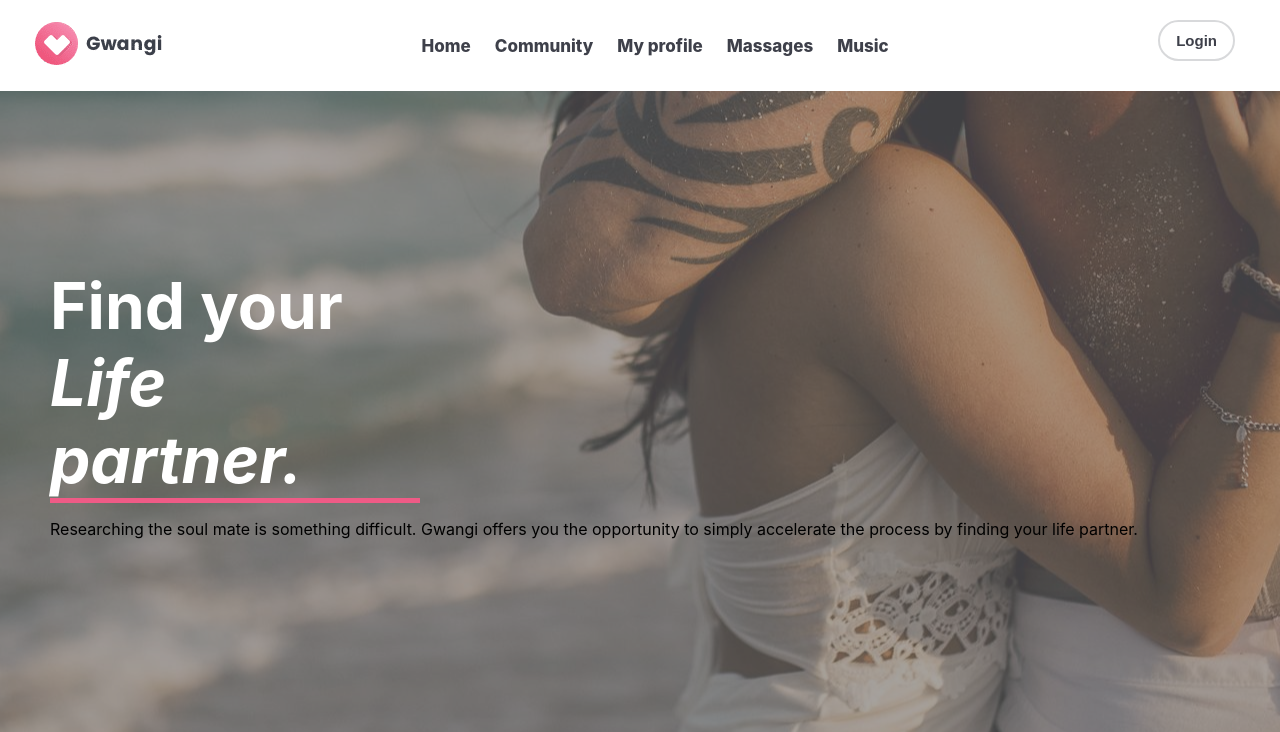
Repository: ShokunLiubov/Soc-Network-React
Page: /login
An editor plug-in stored every save of this project. The page is shown before and after the next save, followed by the edit.
The browser window is 1280 px wide. The pictures show the whole page.
The project was rebuilt for these pictures with package versions that can differ from the ones it lists, and the page was loaded fresh each time. Also part of the build but not shown: src/components/common/Paginator/Paginator.module.css, src/components/common/Paginator/Paginator.jsx, src/components/Community/Community.module.css, src/components/Community/Friend/Friend.jsx, src/components/Community/Community.jsx, src/components/common/Preloader/Preloader.jsx, src/components/Community/CommunityContainer.jsx, src/components/Dialogs/Dialogs.module.css and 14 more.

Above is the page before, as saved 2022-08-24 17:42:35.

### src/index.js
import reportWebVitals from './reportWebVitals';
import store from './redux/redux-store';
import React from 'react';
import ReactDOM from 'react-dom/client';
import './index.css';
import App from './App';
import { BrowserRouter } from 'react-router-dom';
import { Provider } from 'react-redux'

const root = ReactDOM.createRoot(document.getElementById('root'));

  root.render(

      <BrowserRouter>
        <Provider store={store}>
          <App />
        </Provider>
      </BrowserRouter>


  );


// If you want to start measuring performance in your app, pass a function
// to log results (for example: reportWebVitals(console.log))
// or send to an analytics endpoint. Learn more: https://bit.ly/CRA-vitals
reportWebVitals();

### src/redux/redux-store.js
import {combineReducers, legacy_createStore as createStore} from "redux"
import dialogsReducer from "./dialogs-reducer"
import profileReducer from "./profile-reducer"
import communityReducer from "./community-reducer"
import authReducer from "./auth-reducer"

let reducers = combineReducers({
    profilePage : profileReducer,
    dialogsPage : dialogsReducer,
    communityPage : communityReducer,
    auth: authReducer
})

let store = createStore(reducers)

export default store;

### src/App.js
import React from 'react';
import { Routes, Route } from "react-router-dom";
import './App.css';
import Registration from './components/Auth/Registration/Registration';
import CommunityContainer from './components/Community/CommunityContainer';
import DialogsContainer from './components/Dialogs/DialogsContainer';
import Home from './components/Home/Home';
import Music from './components/Music/Music';
import Navbar from './components/Navbar/Navbar';
import ProfileContainer from './components/Profile/ProfileContainer';

function App(props) {
  return (

    <div className='app-wrapper'>
      <Navbar />
      <Routes>
        <Route path='/home/*' element={<Home />} />

        <Route path='/community/*' element={<CommunityContainer />} />

        <Route path='/profile/:id' element={<ProfileContainer />} />
        <Route path='/profile/*' element={<ProfileContainer />} />

        <Route path='/dialogs/*' element={<DialogsContainer />} />

        <Route path='/music/*' element={<Music />} />

        <Route path='/login/*' element={<Registration />} />

      </Routes>

    </div>

  );
}

export default App;

### src/redux/dialogs-reducer.js
const SAND_MASSAGE = 'SAND-MASSAGE'
const UPDATE_NEW_MASSAGE_TEXT = 'UPDATE-NEW-MASSAGE-TEXT'

let initialState = {
    dialogsData: [
        { id: 1, name: 'Vika', ava: './../images/ava-w1.jpeg' },
        { id: 2, name: 'Eugen', ava: './../images/ava-m2.png' },
        { id: 3, name: 'Liubov', ava: './../images/ava-w3.jpeg' },
        { id: 4, name: 'Max', ava: './../images/ava-m1.jpeg' },
        { id: 5, name: 'Nika', ava: './../images/ava-w2.webp' }
    ],
    massagesData: [
        { id: 1, massage: 'Hi' },
        { id: 2, massage: 'How are you?' },
        { id: 3, massage: 'I am okey!' }
    ],
    newMassageText: ''
}

const dialogsReducer = (state = initialState, action) => {

    switch (action.type) {
        case SAND_MASSAGE:
            let text = state.newMassageText
            return {
                ...state,
                newMassageText: '',
                massagesData: [...state.massagesData, {id: Date.now(),massage: text}]
            }

        case UPDATE_NEW_MASSAGE_TEXT:
            return {
                ...state,
                newMassageText: action.newText
            }

        default:
            return state
    }

}

export const sandMassage = () => ({ type: SAND_MASSAGE })

export const onMassageChange = (text) =>
    ({ type: UPDATE_NEW_MASSAGE_TEXT, newText: text })

export default dialogsReducer;

### src/redux/profile-reducer.js
const ADD_POST = 'ADD-POST'
const UPDATE_NEW_POST_TEXT = 'UPDATE-NEW-POST-TEXT'
const SET_USER_PROFILE = 'SET-USER-PROFILE'

let initialState = {
    userProfile: {},
    postsData: [
        { id: 1, massage: 'Hi, how are you?', countLikes: '12', time: '29 minutes ago' },
        { id: 2, massage: 'It is my first post', countLikes: '99+', time: 'yesterday' },
        { id: 3, massage: 'My name Liubov, I am wife Eugen', countLikes: '32', time: 'week ago' }
    ],
    newPostText: ''
}

const profileReducer = (state = initialState, action) => {
    switch (action.type) {
        case ADD_POST:
            let newPost = {
                id: Date.now(),
                massage: state.newPostText,
                countLikes: '0',
                time: new Date().toLocaleTimeString()
            }
            return {
                ...state,
                newPostText: '',
                postsData: [newPost, ...state.postsData]
            }

        case UPDATE_NEW_POST_TEXT:
            return {
                ...state,
                newPostText: action.newText
            }
        case SET_USER_PROFILE:
            return {
                ...state,
                userProfile: action.profile

            }
        default:
            return state
    }


}

export const addPost = () => ({ type: ADD_POST })

export const updateNewPostText = (text) =>
    ({ type: UPDATE_NEW_POST_TEXT, newText: text })

export const setUserProfile = (profile) =>
    ({ type: SET_USER_PROFILE, profile})


export default profileReducer;

### src/redux/community-reducer.js
const FOLLOW = 'FOLLOW'
const UN_FOLLOW = 'UN-FOLLOW'
const SET_USERS = 'SET-USERS'
const SET_PAGE = 'SET-PAGE'
const SET_USERS_TOTAL_COUNT = 'SET-USERS-TOTAL-COUNT'
const TOGGLE_IS_FETCHING = 'TOGGLE-IS-FETCHING'

let initialState = {
    userData: [ ],
    pageSize: 10,
    totalUsersCount: 0,
    currentPage: 1,
    currentPageSize: 1,
    isFetching: false
}
const communityReducer = (state = initialState, action) => {
    switch (action.type) {
        case FOLLOW:
            return {
                ...state,
                userData: state.userData.map (user => {
                    if(user.id === action.userID) {
                        return {...user, followed: true}
                    }
                    return user
                })
            }
        case UN_FOLLOW:
            return {
                ...state,
                userData: state.userData.map (user => {
                    if(user.id === action.userID) {
                        return {...user, followed: false}
                    }
                    return user
                })
            }
        case SET_USERS:
            return {
                ...state,
                userData: action.users
            }
        case SET_PAGE:
            return {
                ...state,
                currentPage: action.page
                }
        case SET_USERS_TOTAL_COUNT:
            return {
                ...state,
                totalUsersCount: action.UsersTotalCount
            }
        case TOGGLE_IS_FETCHING:
            return {
                ...state,
                isFetching: action.isFetching
            }
        default:
            return state
    }
}

export const follow = (userID) => ({ type: FOLLOW, userID })

export const unFollow = (userID) => ({ type: UN_FOLLOW, userID })

export const setUsers = (users) => ({ type: SET_USERS, users })

export const setPage = (page) => ({ type: SET_PAGE, page })

export const setUsersTotalCount = (UsersTotalCount) => ({ type: SET_USERS_TOTAL_COUNT, UsersTotalCount })

export const toggleFetching = (isFetching) => ({ type: TOGGLE_IS_FETCHING, isFetching })

export default communityReducer;


// Создать кнопки prev next
// if(currentPage > 1) { prev
// } минус 1  при отрисовки подставляться значения, исключение первая страница
// Отображать в пагинации 5 стр и одну последнюю , учесть если будет меньше 5 стр

### src/redux/auth-reducer.js
const SET_USER_DATA = 'SET-USER-DATA'
// const UN_FOLLOW = 'UN-FOLLOW'

let initialState = {
    userId: undefined,
    email: undefined,
    login: undefined,
    isFetching: false
}
const authReducer = (state = initialState, action) => {
    switch (action.type) {
        case SET_USER_DATA:
            return {
                ...state,
                ...action.data
            }
        // case TOGGLE_IS_FETCHING:
        //     return {
        //         ...state,
        //         isFetching: action.isFetching
        //     }
        default:
            return state
    }
}

export const setUserData = (userId, email, login) => ({ type: SET_USER_DATA, data: {userId, email, login} })

// export const toggleFetching = (isFetching) => ({ type: TOGGLE_IS_FETCHING, isFetching })

export default authReducer;

### src/components/Auth/Registration/Registration.jsx
import React from 'react';
import styles from './Registration.module.css'

const Registration = () => {
    return (
        <div className={styles.background}>
            <div className={styles.registration}>
            <div className={styles.title}>Find your<br/>
            <i>Life partner.</i></div>
            <p className={styles.excerption}>Researching the soul mate is something difficult. Gwangi offers you the opportunity to simply accelerate the process by finding your life partner.</p>
            </div>

        </div>
    )
}

export default Registration;

### src/components/Dialogs/DialogsContainer.jsx
import React from 'react';
import { sandMassage, onMassageChange } from '../../redux/dialogs-reducer';
import Dialogs from './Dialogs';
import { connect } from 'react-redux'


let mapStateToProps = (state) => {
    return {
        dialogsData: state.dialogsPage.dialogsData,
        massagesData: state.dialogsPage.massagesData,
        newMassageText: state.dialogsPage.newMassageText
    }
}

const DialogsContainer = connect(mapStateToProps, { sandMassage, onMassageChange })(Dialogs)

export default DialogsContainer;

### src/components/Navbar/Navbar.jsx
import React from 'react';
import { NavLink } from 'react-router-dom';
import styles from './Navbar.module.css'

const Navbar = () => {
    return (
        <div className={styles.navbar}>
            {/* LOGO */}
            <div className={styles.logo}><img src='./../images/logotype.png' /></div>
             {/* LOGO */}

            {/* MENU */}
            <nav className={styles.menu}>
                <div className={styles.item}>
                    <NavLink to='/home' className={navData => navData.isActive ? styles.active : styles.item}>Home</NavLink>
                </div>
                <div className={styles.item}>
                    <NavLink to='/community' className={navData => navData.isActive ? styles.active : styles.item}>Community</NavLink>
                </div>
                <div className={styles.item}>
                    <NavLink to='/profile' className={navData => navData.isActive ? styles.active : styles.item}>My profile</NavLink>
                </div>
                <div to='/dialogs' className={styles.item}>
                    <NavLink to='/dialogs' className={navData => navData.isActive ? styles.active : styles.item}>Massages</NavLink>
                </div>
                <div className={styles.item}>
                    <NavLink to='/music' className={navData => navData.isActive ? styles.active : styles.item}>Music</NavLink>
                </div>
            </nav>
            {/* MENU */}

            {/* LOGIN */}
            <NavLink to='/login' className={styles.login}>
                <button className='button'>Login</button>
            </NavLink>
            {/* LOGIN */}

        </div>
    )
}

export default Navbar;

### src/components/Auth/Registration/Registration.module.css
.background {
    background-image: url(./../../../../public/images/registration-bgr.jpeg);
    background-repeat: no-repeat;
    background-position: center;
    width: 100%;
    height: 89vh;
    position: relative;
    display: flex;
    align-items: center;
}

.background::before {
    content: " ";
    width: 100%;
    height: 89vh;
    background-color: #696a6e99;
    position: absolute;
    z-index: 1;
}

.registration {
    margin-left: 50px;
    position: relative;
    z-index: 20;
}

.title {
    color: #ffffff;
    font-size: 64px;
    max-width: 370px;
    font-weight: 700;
    border-bottom: 5px solid #ef5b86;
}

### src/components/Navbar/Navbar.module.css
.navbar {
    display: flex;
    justify-content: space-between;
    align-items: center;
    padding: 20px 35px;
    background-color: #ffffff;
}

.logo {
    cursor: pointer;
}

.menu {
    display: flex;
}

.item a {
    margin: 0 12px;
    font-size: 17px;
    color: #3e404a;
    font-weight: 800;
    cursor: pointer;
    text-decoration: none;
}

.item a.active {
    color: #ef5b86;
}

.login {
    text-decoration: none;
}

### src/components/Profile/Profile_body/MyPosts/Post/Post.module.css
.post {
    background-color: #ffffff;
    border: 1px solid #e8e8e9;
    border-radius: 10px;
    margin: 50px 0;
    position: relative;
    width: 70%;
    min-height: 100px;
}

.personInfo img {
    position: absolute;
    top: -20px;
    left: -20px;
    width: 80px;
    height: 80px;
    object-fit: cover;
    border-radius: 10px;
}

.personInfo {
    display: flex;
}

.postInfo {
    margin: 10px 80px;
}

.nickname {
    color: #3e404a;
    font-size: 18px;
    font-weight: 700;
}

.time {
    color: #9da6b0;
    font-size: 12px;
    font-weight: 600;
    margin-top: 5px;
}

.massage {
    color: #9ca6af;
    font-size: 15px;
    font-weight: 700;
    margin: 10px 80px;
}

.like {
    width: 100%;
    display: flex;
    justify-content: end;
}

button{
    background: none;
    border: none;
    display: flex;
    align-items: center;
    margin: 0 10px 10px;
}

.countLike {
    margin-left: 5px;
    color: #9da6b0;
    font-size: 12px;
    font-weight: 500;
}

Loaded but not shown: public/index.html (common file); src/reportWebVitals.js (common file); src/index.css (common file); src/App.css (common file); src/components/Home/Home.module.css (no stored copy; drawn as an empty file); src/components/Music/Music.module.css (no stored copy; drawn as an empty file); src/components/Profile/Profile.module.css (no stored copy; drawn as an empty file)

After the next save:
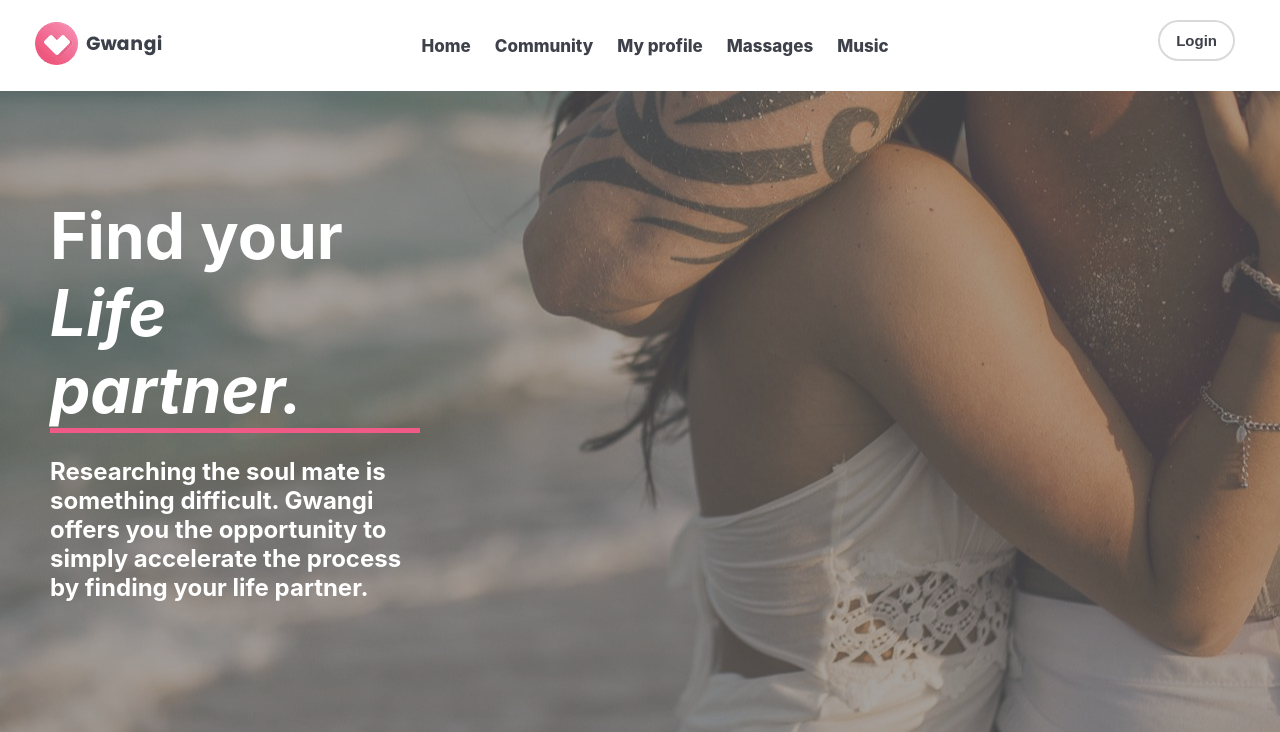
Saved 60 s later.
--- a/src/components/Auth/Registration/Registration.module.css
+++ b/src/components/Auth/Registration/Registration.module.css
@@ -31,3 +31,10 @@
     font-weight: 700;
     border-bottom: 5px solid #ef5b86;
 }
+
+.excerption {
+    color: #ffffff;
+    font-size: 24px;
+    max-width: 370px;
+    font-weight: 700;
+}
